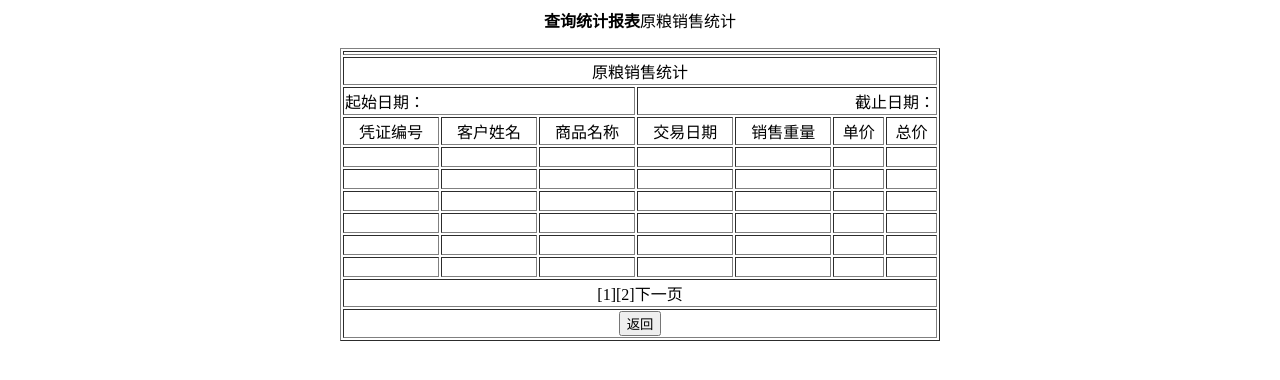
Repository: yuxingyan/OneCrewFlour
Page: http://localhost/Flour/showsale.jsp
An editor plug-in stored every save of this project. The page is shown before and after the next save, followed by the edit.
The browser window is 1280 px wide. The pictures show the whole page.
The page is served by Tomcat 9. Nobody is signed in. The application's start-up code is not run.

Above is the page before, as saved 2018-01-11 07:20:36.

After the next save:
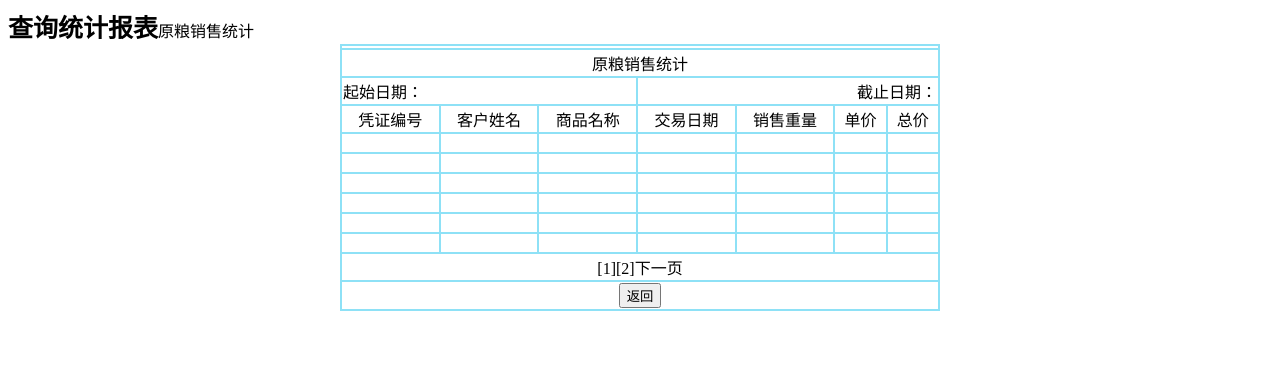
Saved 17 s later.
--- a/Flour/WebRoot/showsale.jsp
+++ b/Flour/WebRoot/showsale.jsp
@@ -23,10 +23,11 @@ String basePath = request.getScheme()+"://"+request.getServerName()+":"+request.
   </head>
 
   <body>
+   <strong style="font-size:25px">查询统计报表</strong>原粮销售统计
     <center>
     <form   name="原粮销售统计" action="" method="post">
-    <p><b>查询统计报表</b>原粮销售统计</p>
-    <table border="1" width="600">
+
+      <table border="1" width="600"  cellspacing="0" bordercolor="#8EE1F6">
     <tr><td colspan="10" ></td></tr>
      <tr height="20px"><td align="center" colspan="8" >原粮销售统计</td></tr>
      <tr height="20px"><td align="left" colspan="3" >起始日期：</td><td align="right" colspan="4" >截止日期：</td>
